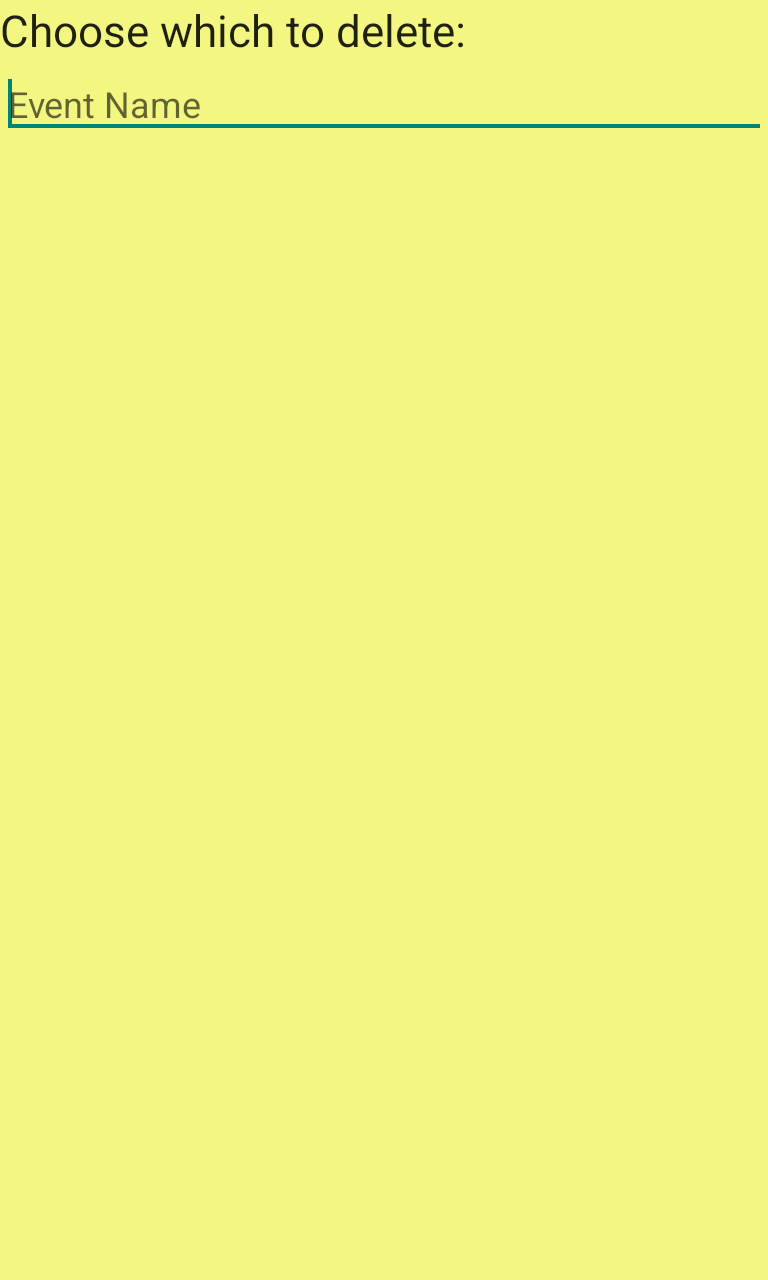
Repository: bluenavy/requirements
Layout: workspace/RetentionScheduler/res/layout/activity_delete.xml
These files come from the project's save history. The layout is drawn as it stood at one moment and after the next save; the edit follows.
It is drawn on a 768 x 1280 px phone screen (xhdpi) without system bars, with theme AppTheme; the app's code is not run.

Above is the layout before, as saved 2015-03-26 12:33:47.

After the next save:
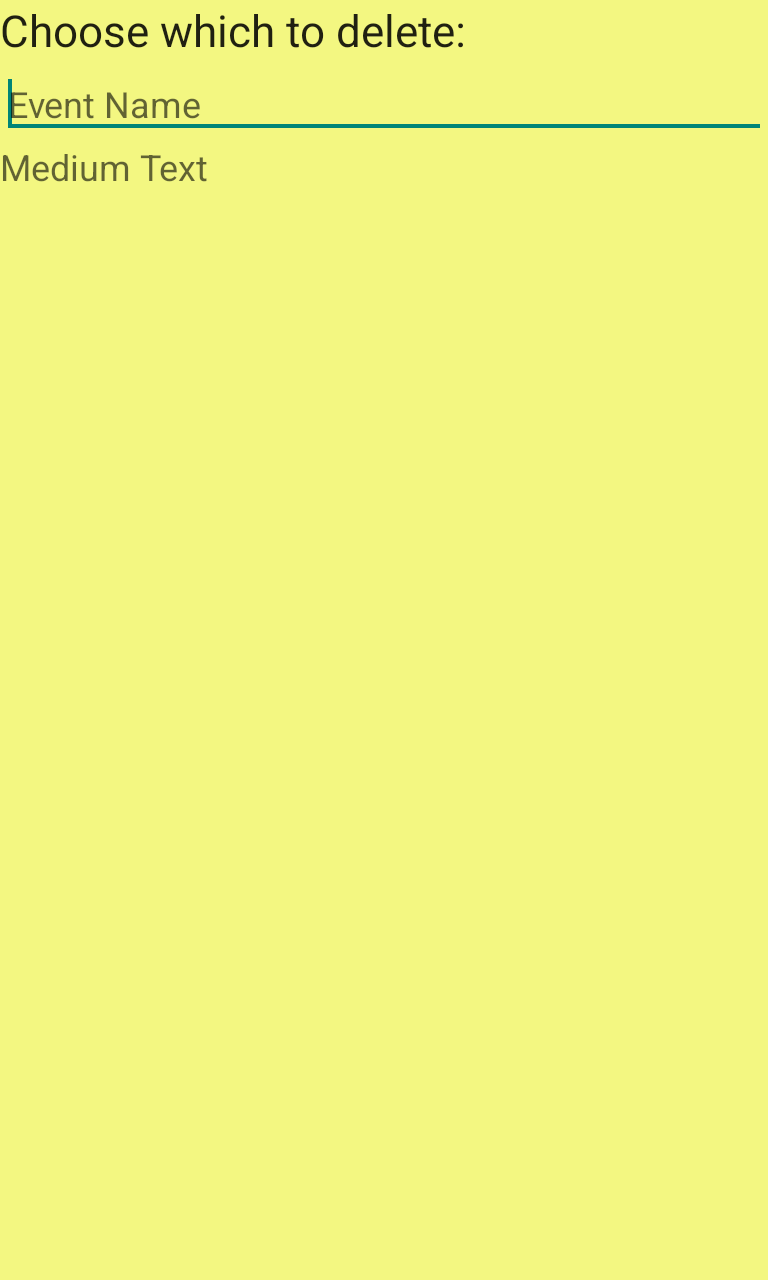
Saved 18 s later.
--- a/workspace/RetentionScheduler/res/layout/activity_delete.xml
+++ b/workspace/RetentionScheduler/res/layout/activity_delete.xml
@@ -22,4 +22,11 @@
         <requestFocus />
     </EditText>
 
+    <TextView
+        android:id="@+id/textView2"
+        android:layout_width="wrap_content"
+        android:layout_height="wrap_content"
+        android:text="Medium Text"
+        android:textAppearance="?android:attr/textAppearanceMedium" />
+
 </LinearLayout>

After the save that followed:
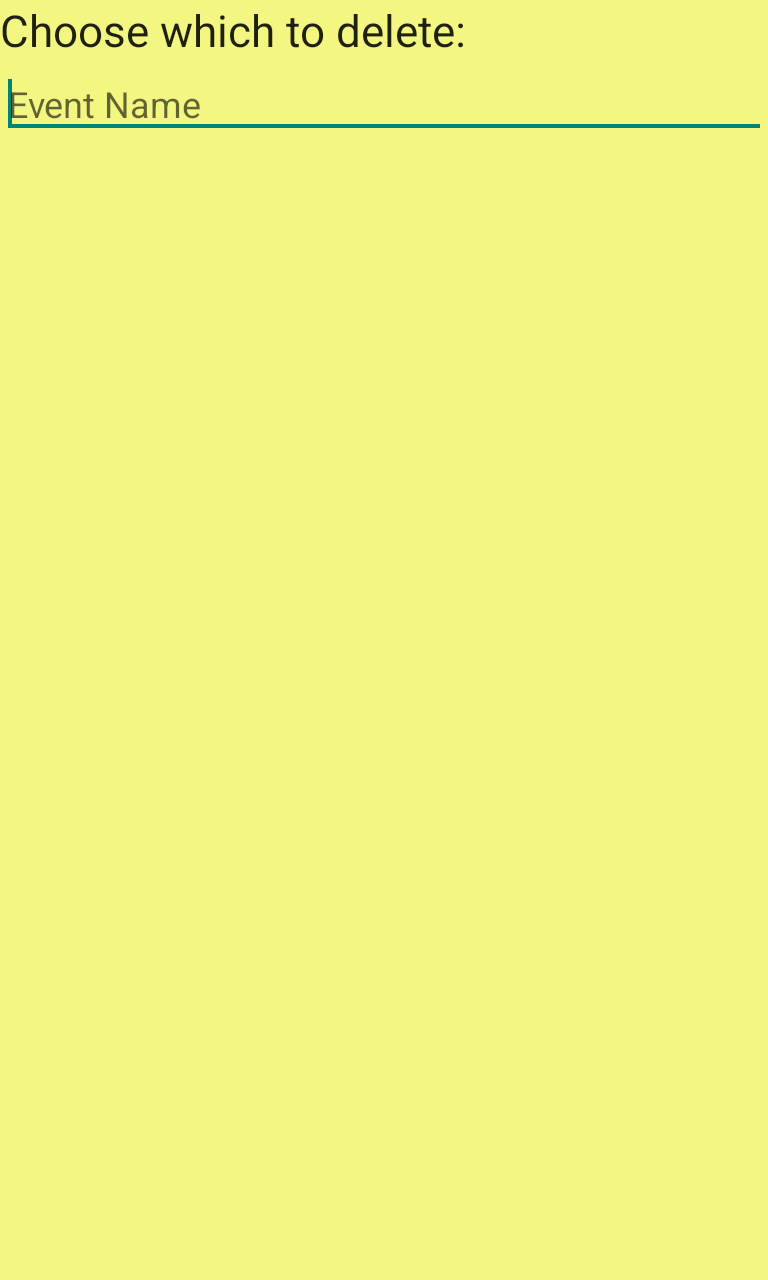
Saved 55 s later.
--- a/workspace/RetentionScheduler/res/layout/activity_delete.xml
+++ b/workspace/RetentionScheduler/res/layout/activity_delete.xml
@@ -26,7 +26,6 @@
         android:id="@+id/textView2"
         android:layout_width="wrap_content"
         android:layout_height="wrap_content"
-        android:text="Medium Text"
         android:textAppearance="?android:attr/textAppearanceMedium" />
 
 </LinearLayout>
